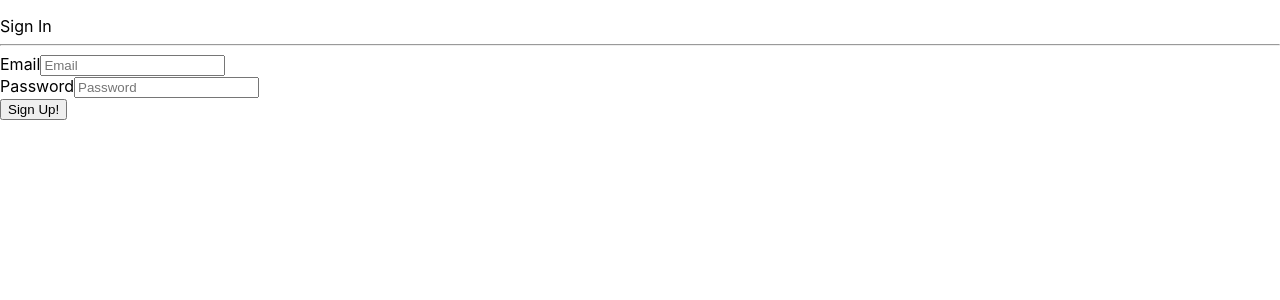
Repository: tosaken1116/Backs-of-seniors-hackathon
Page: /components/SignInModal
An editor plug-in stored every save of this project. The page is shown before and after the next save, followed by the edit.
The browser window is 1280 px wide. The pictures show the whole page.
The project was rebuilt for these pictures with package versions that can differ from the ones it lists, and the page was loaded fresh each time. The framework's server and built-in components were replaced by stand-ins that run in the browser. Also part of the build but not shown: next.config.js.

Above is the page before, as saved 2022-07-17 11:13:59.

After the next save:
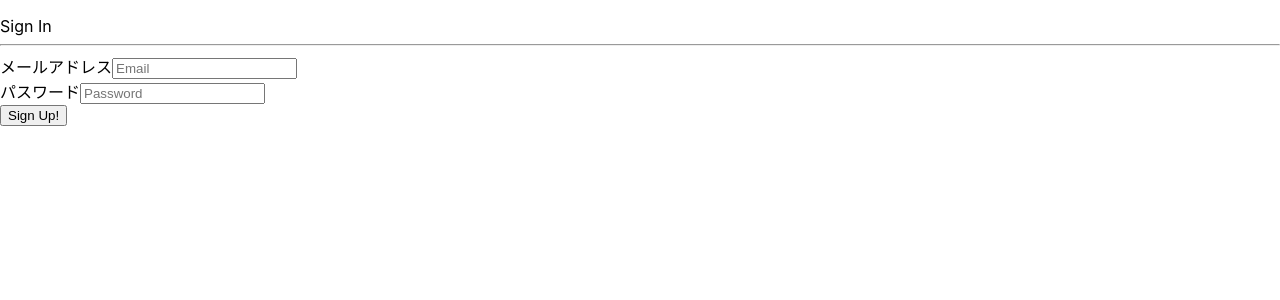
Saved 49 s later.
--- a/pages/components/SignInModal.tsx
+++ b/pages/components/SignInModal.tsx
@@ -22,7 +22,7 @@ export default function SignInModal() {
                     <hr />
                     <div className="uiForm">
                         <div className="formField">
-                            <label>Email</label>
+                            <label>メールアドレス</label>
                             <input
                                 type="text"
                                 placeholder="Email"
@@ -32,7 +32,7 @@ export default function SignInModal() {
                             />
                         </div>
                         <div className="formField bg">
-                            <label>Password</label>
+                            <label>パスワード</label>
                             <input
                                 type="password"
                                 placeholder="Password"
